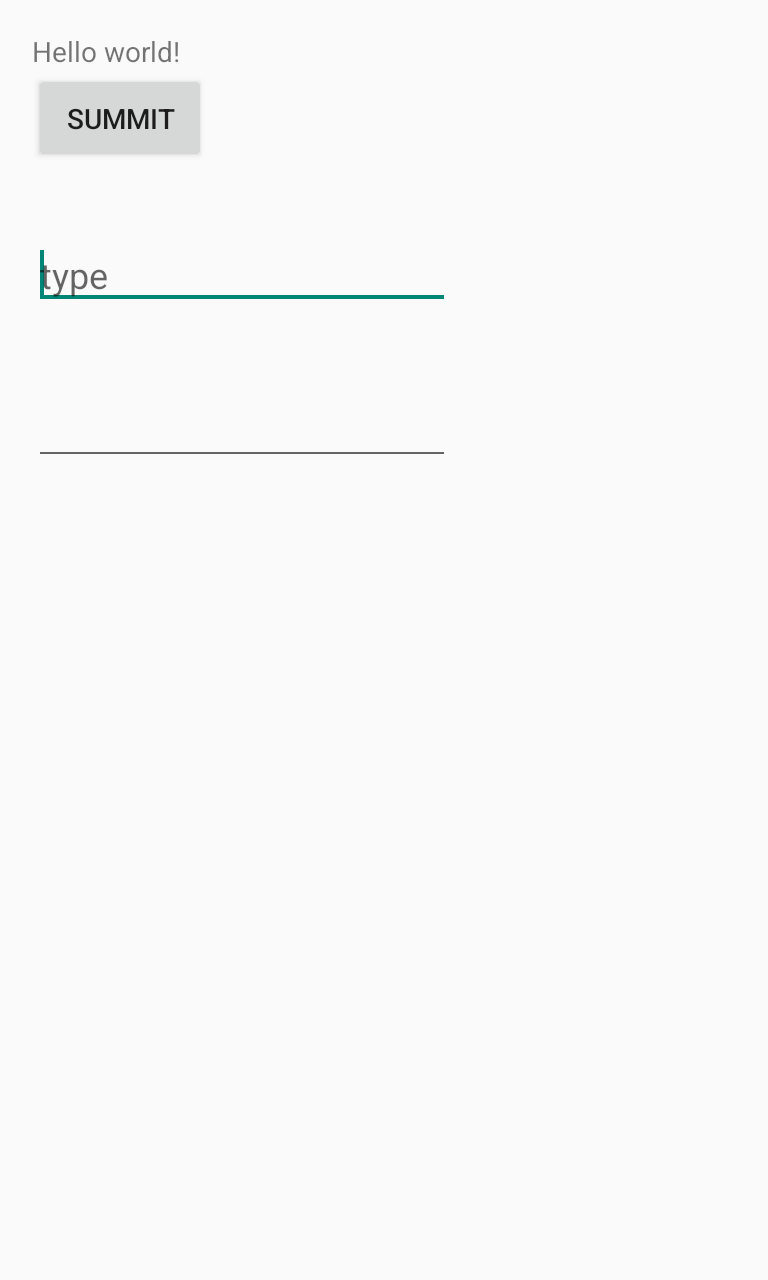
Repository: Kerry50407/temp
Layout: first/res/layout/activity_main.xml
The author's editor kept a copy of each file at every save. The layout is drawn from the files as they stood at one save, then again after the next save.
It is drawn on a 768 x 1280 px phone screen (xhdpi) without system bars, with theme AppTheme; the app's code is not run.

Above is the layout before, as saved 2014-10-20 13:49:49.

After the next save:
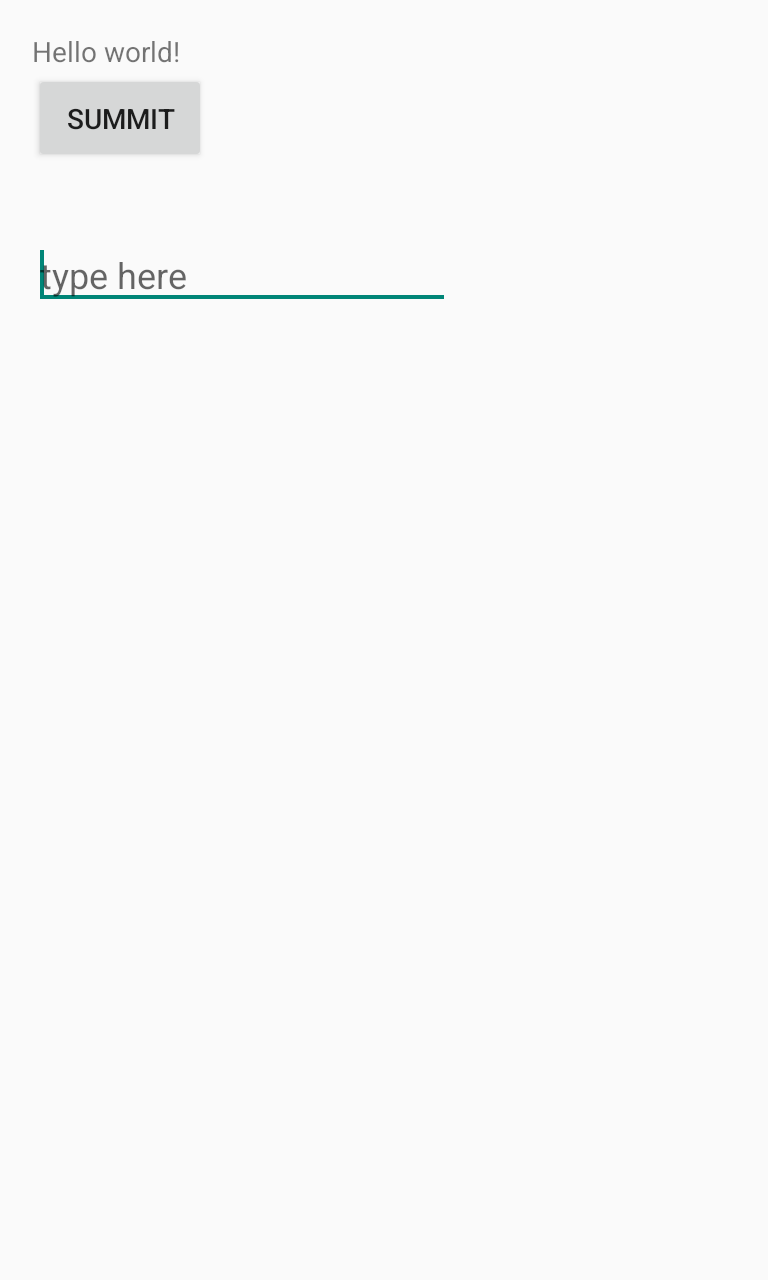
Saved 23 s later.
--- a/first/res/layout/activity_main.xml
+++ b/first/res/layout/activity_main.xml
@@ -31,19 +31,11 @@
         android:layout_below="@+id/button1"
         android:layout_marginTop="32dp"
         android:ems="10"
-        android:hint="type" >
+        android:hint="type here" >
 
         <requestFocus />
     </EditText>
 
-    <EditText
-        android:id="@+id/editText2"
-        android:layout_width="wrap_content"
-        android:layout_height="wrap_content"
-        android:layout_alignLeft="@+id/editText1"
-        android:layout_below="@+id/editText1"
-        android:layout_marginTop="37dp"
-        android:ems="10"
-        android:inputType="textPostalAddress" />
+
 
 </RelativeLayout>
